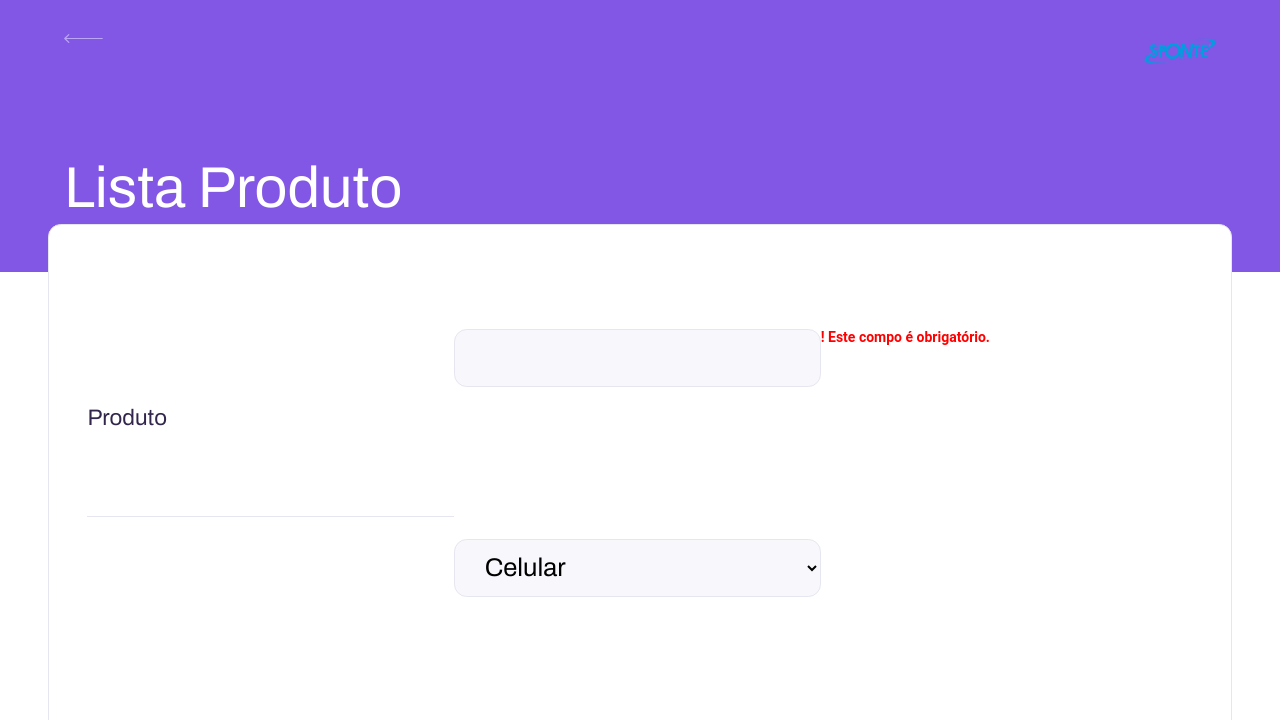
Repository: Henrique-Hoi-Dev/avalia-o-front-end
Page: /list (app in web/)
These files come from the project's save history. The page is drawn as it stood at one moment and after the next save; the edit follows.
The browser window is 1280 px wide. The pictures show the whole page.
An inner scrolling area shows only its first screen. The project was rebuilt for these pictures with package versions that can differ from the ones it lists, and the page was loaded fresh each time. Also part of the build but not shown: web/src/pages/Home/styles.js, web/src/pages/Home/index.js, web/src/pages/RegistrationProduct/styles.js, web/src/components/HeaderRecord/styles.js, web/src/components/HeaderRecord/index.js, web/src/pages/RegistrationProduct/Avatarinput/styles.js, web/src/pages/RegistrationProduct/Avatarinput/index.js, web/src/pages/RegistrationProduct/index.js.

Above is the page before, as saved 2020-09-02 12:12:34.

### web/public/index.html
<!DOCTYPE html>
<html lang="en">
  <head>
    <meta charset="utf-8" />
    <link rel="icon" href="%PUBLIC_URL%/favicon.ico" />
    <meta name="viewport" content="width=device-width, initial-scale=1" />
    <meta name="theme-color" content="#000000" />
    <meta
      name="description"
      content="Web site created using create-react-app"
    />
    <link
      href="https://fonts.googleapis.com/css2?family=Archivo:ital,wght@0,400;1,700&family=Poppins&display=swap"
      rel="stylesheet"
    />

    <title>Controle de estoque</title>
  </head>
  <body>
    <noscript>You need to enable JavaScript to run this app.</noscript>
    <div id="root"></div>
  </body>
</html>

### web/src/App.js
import React from 'react';
import Routes from './routes';

import GlobalStyle from './styles/global';

function App() {
  return (
    <>
      <Routes />
      <GlobalStyle />
    </>
  );
}

export default App;

### web/src/routes.js
import React from 'react';
import { BrowserRouter, Route } from 'react-router-dom';

import Home from './pages/Home';
import ListProduct from './pages/ListProduct';
import RegistrationProduct from './pages/RegistrationProduct';

function Routes() {
  return (
    <BrowserRouter>
      <Route path="/" exact component={Home} />
      <Route path="/list" component={ListProduct} />
      <Route path="/record-product" component={RegistrationProduct} />
    </BrowserRouter>
  );
}

export default Routes;

### web/src/styles/global.js
import { createGlobalStyle } from 'styled-components';

export default createGlobalStyle`


  * {
    margin: 0;
    padding: 0;
    outline: 0;
    border: 0;
    box-sizing: border-box;
  }
  html, body, #root {
    height: 100%;
    overflow-x: hidden;
  }


  body {
    background: linear-gradient(-70deg #f0f0f7);
    -webkit-font-smoothing: antialiased !important;

  }

  body, input, button {

    font-size: 14px;
    font-family: 'Roboto', sans-serif;
  }

  button {
    cursor: pointer;
  }

  :root {

  --color-background: #f0f0f7;
  --color-primary-lighter: #9871f5;
  --color-primary-light: #916bea;
  --color-primary: #8257e5;
  --color-primary-dark: #774dd6;
  --color-primary-darker: #6842c2;
  --color-secundary: #04d361;
  --color-secundary-dark: #04bf58;
  --color-title-in-primary: #ffffff;
  --color-text-in-primary: #d4c2ff;
  --color-text-title: #32264d;
  --color-text-complement: #9c98a6;
  --color-text-base: #6a6180;
  --color-line-in-white: #e6e6f0;
  --color-input-background: #f8f8fc;
  --color-button-text: #ffffff;
  --color-box-base: #ffffff;
  --color-box-footer: #fafafc;
}
`;

### web/src/pages/ListProduct/index.js
import React from 'react';
import * as Yup from 'yup';

import Header from '../../components/HeaderList';
import { Formik, Field, Form } from 'formik';
import { Container } from './styles';

const schema = Yup.object().shape({
  product: Yup.string()
    .required('! Este compo é obrigatório.')
    .max(100, '! No máximo 100 caracteres'),
  categoria: Yup.string().required('! Este compo é obrigatório.'),
});

function ListProduct() {
  function onSubmit(values, actions) {
    console.log(values);
  }
  return (
    <Container>
      <Header />
      <div className="header-main">
        <Formik
          onSubmit={onSubmit}
          validationSchema={schema}
          validateOnMount
          initialValues={{
            product: '',
            categoria: 'celular',
          }}
          render={({ values, errors }) => (
            <Form className="form-input">
              <div id="header-busca" className="header-title">
                <label htmlFor="product">Produto</label>
                <Field name="product" type="text" />
                <span>{errors.product}</span>

                <label htmlFor="categoria">Categoria</label>
                <Field nome="categoria" component="select">
                  <option value="celular">Celular</option>
                  <option value="tvs">Tvs</option>
                  <option value="notbook">Notbook</option>
                  <option value="acessorios">Acessórios</option>
                </Field>
              </div>
              <button type="submit">Buscar</button>
              <main>
                <ul>
                  <li></li>
                  <li></li>
                  <li></li>
                </ul>
              </main>
            </Form>
          )}
        />
      </div>
    </Container>
  );
}

export default ListProduct;

### web/src/components/HeaderList/index.js
import React from 'react';
import { Link } from 'react-router-dom';

import { PageHeader } from './styles';
import backIcon from '../../assets/back.svg';
import logo from '../../assets/logo.png';

function HeaderList() {
  return (
    <PageHeader>
      <div className="header">
        <Link to="/">
          <img src={backIcon} alt="voltar" />
        </Link>
        <img src={logo} alt="voltar" />
      </div>

      <div className="header-content">
        <h2>Lista Produto</h2>
      </div>
    </PageHeader>
  );
}

export default HeaderList;

### web/src/pages/ListProduct/styles.js
import styled from 'styled-components';
import { darken } from 'polished';

export const Container = styled.div`
  width: 100vw;
  height: 100vh;

  .header-main {
    background: var(--color-box-base);
    width: 100%;
    max-width: 74rem;
    border: 0.1rem solid var(--color-line-in-white);
    border-radius: 0.8rem;
    margin: -3rem auto 3.2rem;
    padding-top: 6.4rem;
    overflow: hidden;
  }

  input,
  select {
    width: 100%;
    height: 3.6rem;
    border-radius: 0.8rem;
    background: var(--color-input-background);
    border: 1px solid var(--color-line-in-white);
    outline: 0;
    padding: 0 1.6rem;
    font: 1.6rem Archivo;
  }

  .form-input {
    border: 0;
    padding: 0 2.4rem;
    margin-top: 0.1rem;

    button {
      background: none;
      border: 0;
      margin: 1rem;
      color: var(--color-primary);
      font: 700 1.6rem Archivo;
      cursor: pointer;
      transition: color 0.2s;

      &:hover {
        color: ${darken(0.03, '#6842c2')};
      }
    }
  }
  .header-title span {
    color: #ff0000;
    align-self: flex-start;
    margin: 0 0 10px;
    font-weight: bold;
  }

  label {
    font: 700 1.4rem Archivo;
    color: var(--color-text-title);
    margin-bottom: 1.4rem;
    margin-top: 1rem;
    display: flex;
    align-items: center;
    justify-content: space-between;
    width: 100%;
    padding-bottom: 1.6rem;
    border-bottom: 1px solid var(--color-line-in-white);
  }
  main {
    margin: 3.2rem auto;
    width: 90%;
  }

  @media (min-width: 1100px) {
    #header-busca {
      max-width: 1100px;

      display: grid;
      grid-template-columns: 1fr 1fr 1fr;
      grid-template-rows: 210px 550px 1fr;
      grid-template-areas:
        'name name name'
        'campo2  campo4 campo3'
        'campo5 campo5 campo5'
        'button button button';
    }
`;

### web/src/components/HeaderList/styles.js
import styled from 'styled-components';

export const PageHeader = styled.div`
  display: flex;
  flex-direction: column;
  background-color: var(--color-primary);

  .header {
    width: 90%;
    margin: 0 auto;
    display: flex;
    justify-content: space-between;
    align-items: center;
    color: var(--color-text-in-primary);
    padding: 1.6rem 0;

    a {
      height: 3.2rem;
      transition: opacity 0.2s;

      :hover {
        opacity: 0.6;
      }
    }

    img {
      height: 1.6rem;
    }
  }

  .header-content {
    width: 90%;
    margin: 0 auto;
    position: relative;
    margin: 3.2rem auto;

    a {
      font: 700 3.6rem Archivo;
      line-height: 4.2rem;
      color: var(--color-title-in-primary);
    }

    h2 {
      font: 700 3.6rem Archivo;
      line-height: 4.2rem;
      color: var(--color-title-in-primary);
    }
  }
`;

Loaded but not shown: web/src/index.js (common file)

After the next save:
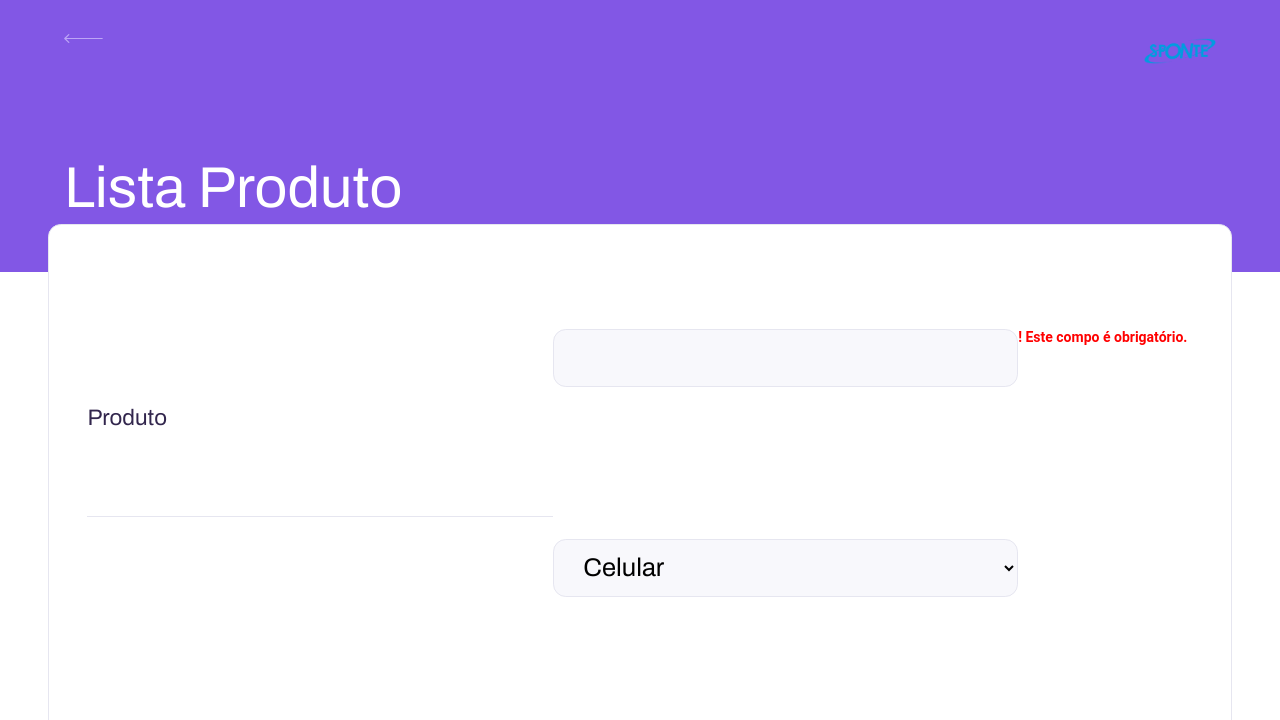
Saved 62 s later.
--- a/web/src/pages/ListProduct/styles.js
+++ b/web/src/pages/ListProduct/styles.js
@@ -76,12 +76,9 @@ export const Container = styled.div`
       max-width: 1100px;
 
       display: grid;
-      grid-template-columns: 1fr 1fr 1fr;
-      grid-template-rows: 210px 550px 1fr;
-      grid-template-areas:
-        'name name name'
-        'campo2  campo4 campo3'
-        'campo5 campo5 campo5'
-        'button button button';
+      grid-template-columns: 1fr 1fr;
+      grid-template-rows: 210px 550px;
+      grid-template-areas: 'name name name';
     }
+  }
 `;
